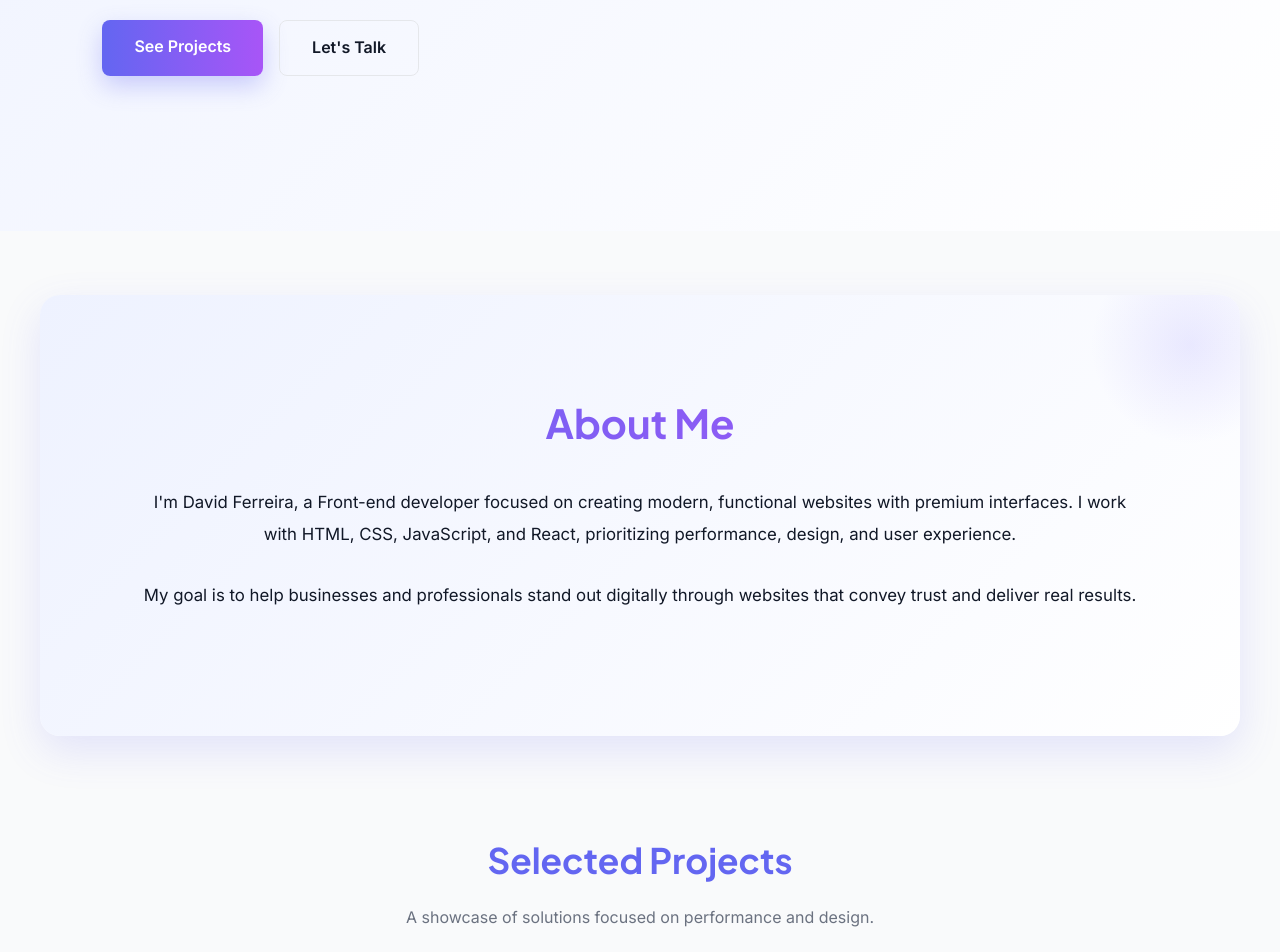
Repository: davidfsillva/David_Ferreira
Page: index.html
These files come from the project's save history. The page is drawn as it stood at one moment and after the next save; the edit follows.
The browser window is 1280 px wide. The pictures show the part of the page from y = 489 to 1441 px (the page is 2946 px tall before and 2882 px after).
Pictures or frames that could not be fetched are drawn as grey boxes.

Above is the page before, as saved 2026-02-11 15:19:45.
Console error: TypeError: Cannot read properties of null (reading 'addEventListener')

After the next save:
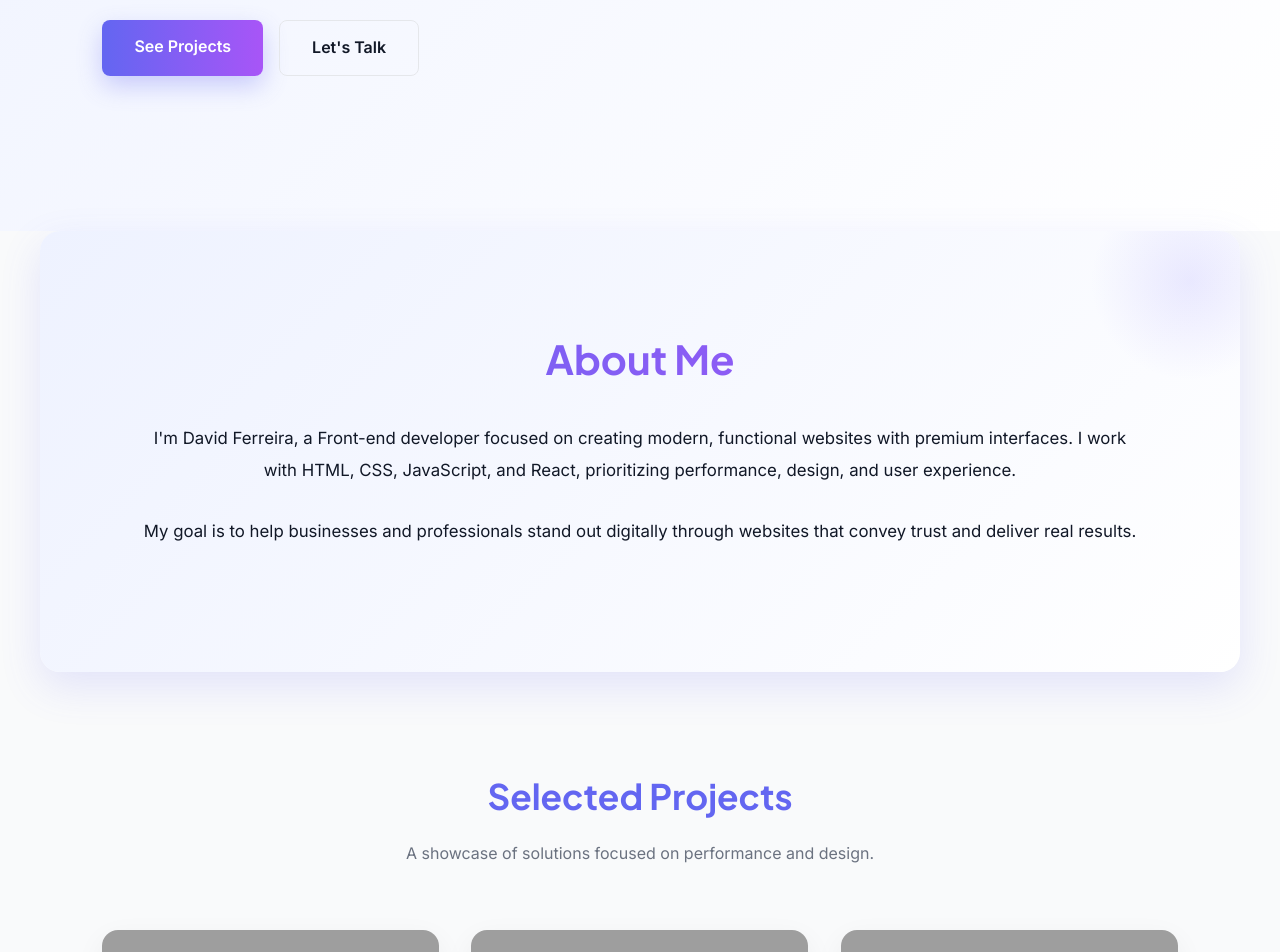
Saved 4 s later.
--- a/style.css
+++ b/style.css
@@ -221,12 +221,12 @@ body {
 
 #about {
   text-align: center;
-  max-width: 1200px;
-  margin: 4rem auto 0; /* adiciona mais distância do Hero */
+  max-width: 1200px; /* ocupa mais largura sem ficar exagerado */
+  margin: 0 auto;
   padding: 6rem 8%;
-  background: linear-gradient(135deg, #eef2ff 0%, #ffffff 100%);
-  border-radius: 20px;
-  box-shadow: 0 15px 40px rgba(99,102,241,0.15);
+  background: linear-gradient(135deg, #eef2ff 0%, #ffffff 100%); /* combina com hero */
+  border-radius: 20px; /* bordas suaves */
+  box-shadow: 0 15px 40px rgba(99,102,241,0.15); /* sombra leve e elegante */
   position: relative;
   overflow: hidden;
 }
